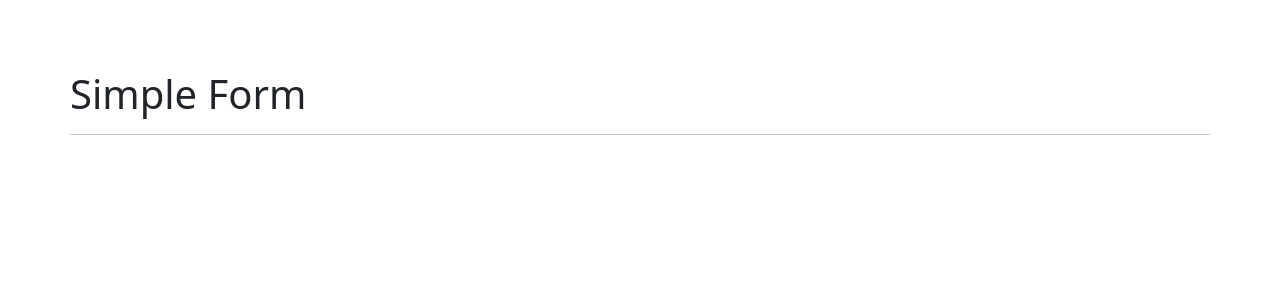
Repository: ppfeliuu/hooks-app
Page: /
The author's editor kept a copy of each file at every save. The page is drawn from the files as they stood at one save, then again after the next save.
The browser window is 1280 px wide. The pictures show the whole page.
The project was rebuilt for these pictures with package versions that can differ from the ones it lists, and the page was loaded fresh each time. Also part of the build but not shown: src/components/01-useState/CounterApp.js, src/hooks/useCounter.js, src/components/01-useState/CounterWithCustomHook.js, src/HookApp.js.

Above is the page before, as saved 2021-05-28 10:19:29.

After the next save:
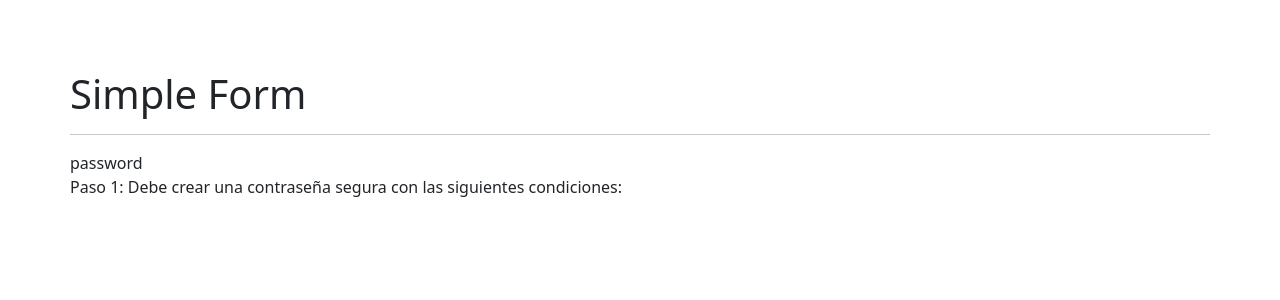
Saved 64 min 54 s later.
--- a/src/components/02-useEffect/SimpleForm.js
+++ b/src/components/02-useEffect/SimpleForm.js
@@ -6,6 +6,11 @@ export const SimpleForm = () => {
     <>
       <h1>Simple Form</h1>
       <hr />
+      <span class="material-icons">
+password
+</span>
+
+<p>Paso 1: Debe crear una contraseña segura con las siguientes condiciones:</p>
     </>
   );
 };
